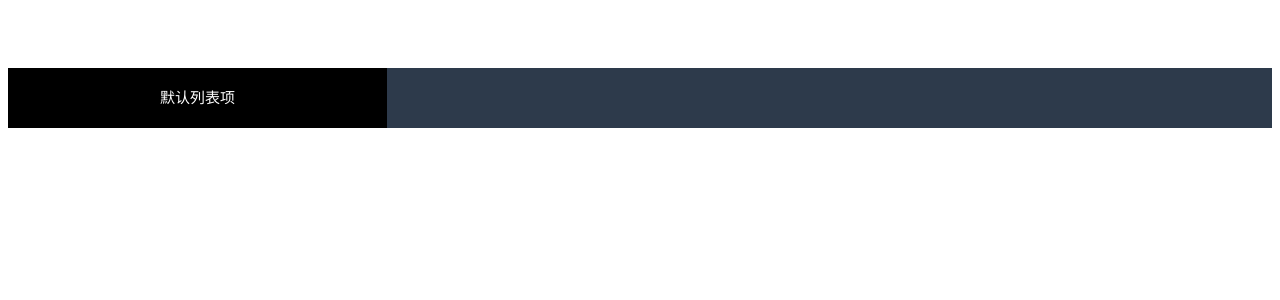
Repository: shandamengcheng/graduate-project
Page: /home
The author's editor kept a copy of each file at every save. The page is drawn from the files as they stood at one save, then again after the next save.
The browser window is 1280 px wide. The pictures show the whole page.
The project was rebuilt for these pictures with package versions that can differ from the ones it lists, and the page was loaded fresh each time. Also part of the build but not shown: src/views/Login.vue.

Above is the page before, as saved 2021-03-10 22:38:17.

### src/App.vue
<template>
  <div id="app">
    <div id="nav">
    </div>
    <router-view/>
  </div>
</template>

<style>
#app {
  font-family: Avenir, Helvetica, Arial, sans-serif;
  -webkit-font-smoothing: antialiased;
  -moz-osx-font-smoothing: grayscale;
  text-align: center;
  color: #2c3e50;
}

#nav {
  padding: 30px;
}

#nav a {
  font-weight: bold;
  color: #2c3e50;
}

#nav a.router-link-exact-active {
  color: #42b983;
}
</style>

### src/router/index.js
import Vue from 'vue'
import VueRouter from 'vue-router'
import Home from '../views/Home.vue'
import Login from '../views/Login.vue';

Vue.use(VueRouter)

const routes = [
  {
    path: '/',
    name: 'Login',
    component: Login
  },
  {
    path: '/home',
    name: Home,
    component: Home
  }
]

const router = new VueRouter({
  mode: 'history',
  base: process.env.BASE_URL,
  routes
})

export default router

### src/views/Home.vue
<template>
  <div class="home">
    <SideBar />
  </div>
</template>

<script>
// @ is an alias to /src
import Login from "@/views/Login";
import SideBar from "@/views/SideBar";

export default {
  name: 'Home',
  components: {
    Login,
    SideBar,
  }
}
</script>

<style scoped>
  .home {
    min-height: 100%;
    width: 100%;
    background-color: #2d3a4b;
    color: white;
    overflow: hidden;
  }
</style>

### src/views/SideBar.vue
<template>
  <div class="sidebar">
    <SideBarItem />
  </div>
</template>

<script>
import SideBarItem from "@/components/SideBarItem";

export default {
  name: "SideBar",
  components: {
    SideBarItem,
  }
}
</script>

<style scoped>
.sidebar {
  width: 30%;
  min-width: 200px;
  background: black;
  color: white;
  font-size: 15px;
  text-align: center;
  height: 100%;
}
</style>

### src/components/SideBarItem.vue
<template>
  <div class="sidebar-item" @click="showSearchView">
    <slot>默认列表项</slot>
  </div>
</template>

<script>
export default {
  name: "SideBarItem",
  methods: {
    showSearchView: function() {
      this.$router.push('/home/search');
    }
  }
}
</script>

<style scoped>
.sidebar-item {
  height: 60px;
  padding: 0 10px;
  line-height: 60px;
  border: none;
  outline: none;
  cursor: pointer;
  display: flex;
  justify-content: center;
}
.sidebar-item img {
  /* display: inline-block; */
  align-self: center;
  height: 50%;
  vertical-align: middle;
  width: 15%;
  /* margin-right: 5px; */
}
.sidebar-item div {
  width: 60%;
  /* display: inline-block; */
}
</style>

Loaded but not shown: public/index.html (common file); src/main.js (common file); src/store/index.js (common file)

After the next save:
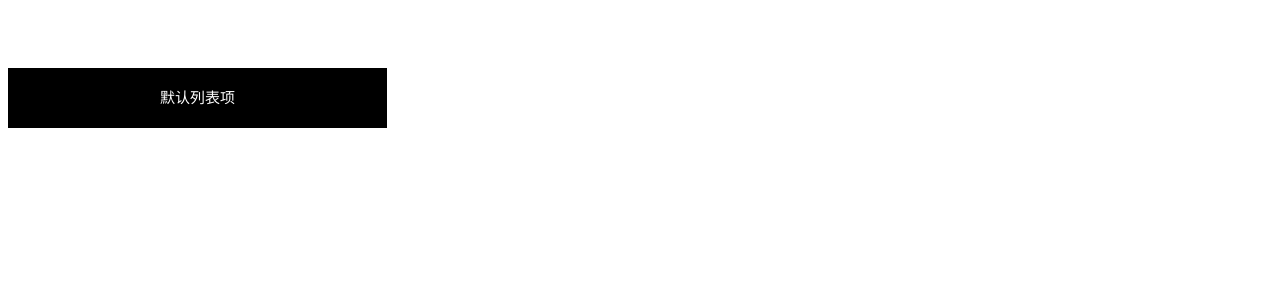
Saved 30 s later.
--- a/src/views/Home.vue
+++ b/src/views/Home.vue
@@ -22,8 +22,8 @@ export default {
   .home {
     min-height: 100%;
     width: 100%;
-    background-color: #2d3a4b;
-    color: white;
+    /* background-color: #2d3a4b;
+    color: white; */
     overflow: hidden;
   }
 </style>
